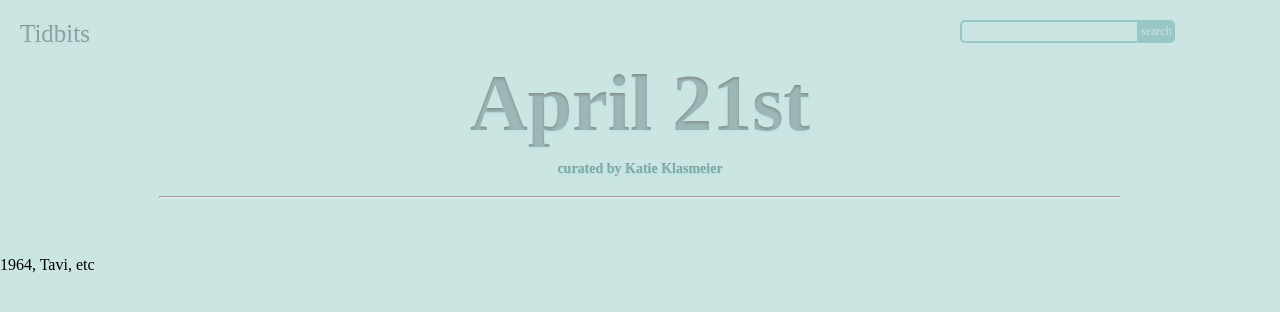
Repository: kklasmei/kklasmei.github.io
Page: tidbits/april21.html
The author's editor kept a record of every edit. The page is drawn from the files as they stood at one moment, then again after the next edit.
The browser window is 1280 px wide. The pictures show the whole page.

Above is the page before.

After the next edit:
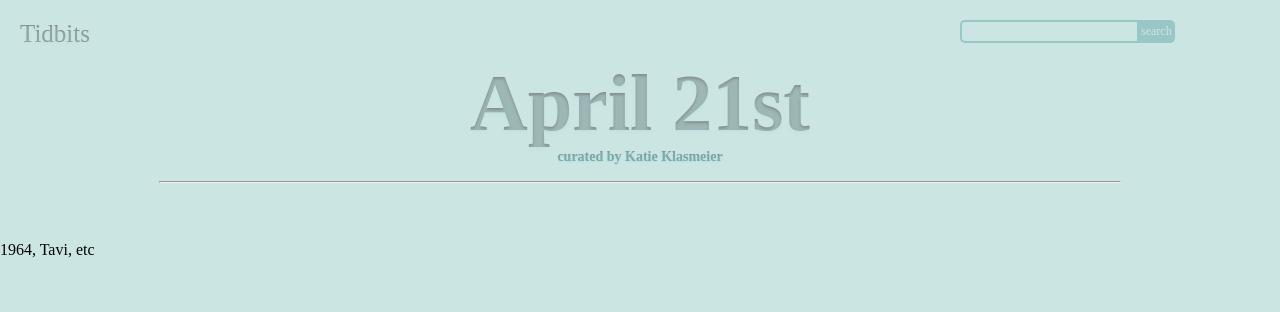
The edit:
--- a/tidbits/tidbits.css
+++ b/tidbits/tidbits.css
@@ -20,6 +20,8 @@
     opacity: .6;
     background-color: #565656;
     padding-bottom: 8;
+    padding-top: -40;
+    margin: 0;
     color: transparent;
     text-shadow: 0px 1px 2px rgba(68,219,219,.5);
   -webkit-background-clip: text;
